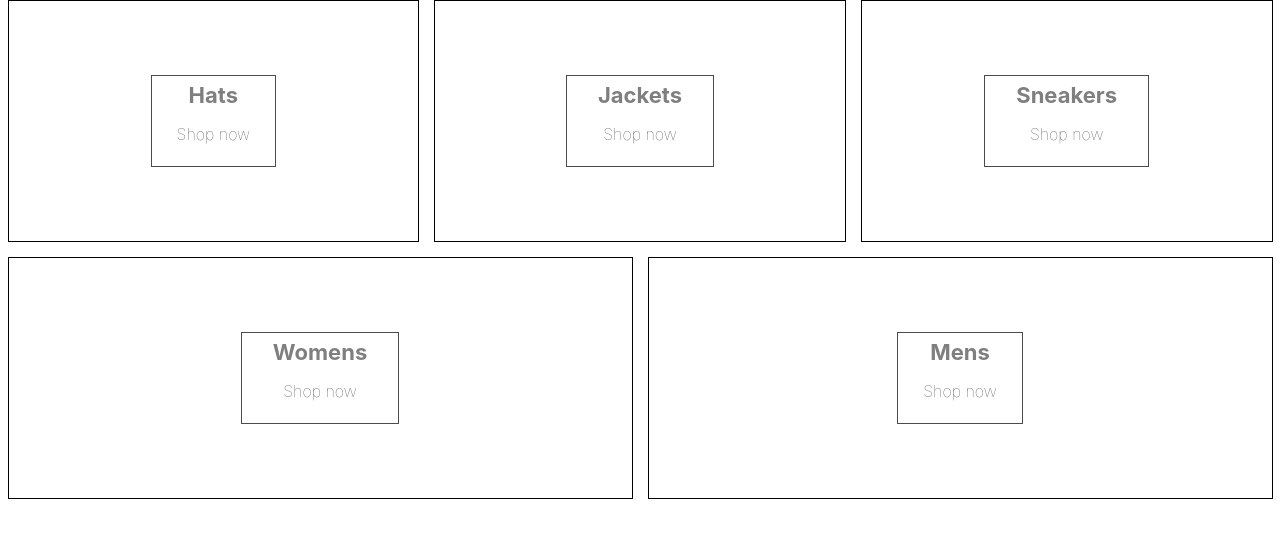
Repository: HoaHoang25092001/crwn-clothing
Page: /
These files come from the project's save history. The page is drawn as it stood at one moment and after the next save; the edit follows.
The browser window is 1280 px wide. The pictures show the whole page.
The project was rebuilt for these pictures with package versions that can differ from the ones it lists, and the page was loaded fresh each time.

Above is the page before, as saved 2022-10-07 12:55:26.

After the next save:
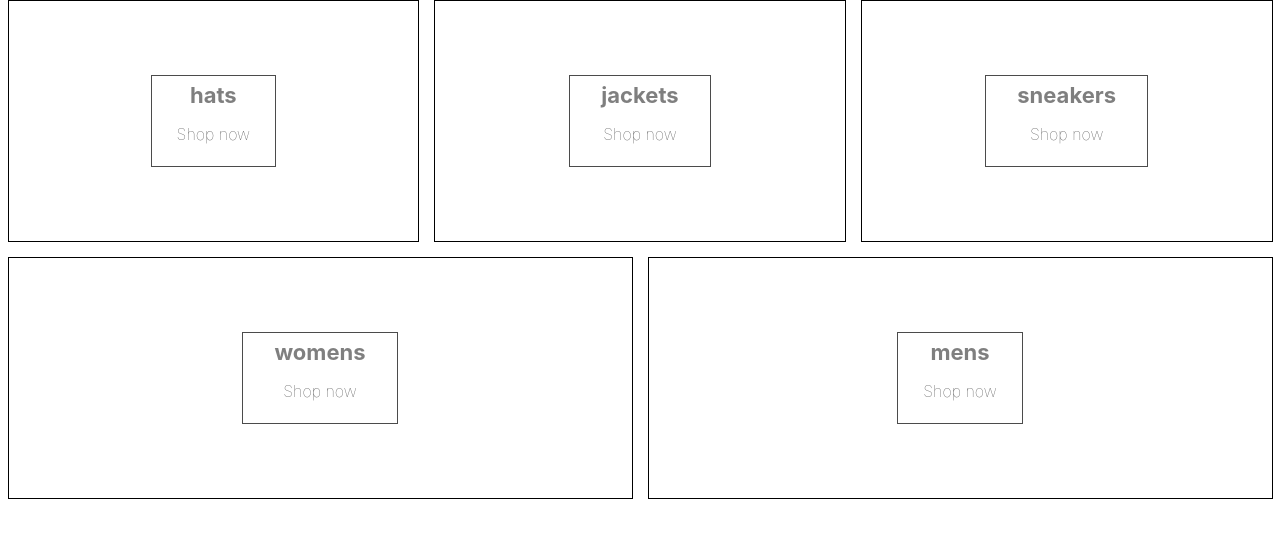
Saved 17 min 18 s later.
--- a/src/App.js
+++ b/src/App.js
@@ -2,26 +2,32 @@ import './categories.styles.scss';
 const App = () => {
   const categories = [
     {
-      id: 1,
-      title: 'Hats'
+      "id": 1,
+      "title": "hats",
+      "imageUrl": "https://i.ibb.co/cvpntL1/hats.png"
     },
     {
-      id: 2,
-      title: 'Jackets'
+      "id": 2,
+      "title": "jackets",
+      "imageUrl": "https://i.ibb.co/px2tCc3/jackets.png"
     },
     {
-      id: 3,
-      title: 'Sneakers'
+      "id": 3,
+      "title": "sneakers",
+      "imageUrl": "https://i.ibb.co/0jqHpnp/sneakers.png"
     },
     {
-      id: 4,
-      title: 'Womens'
+      "id": 4,
+      "title": "womens",
+      "imageUrl": "https://i.ibb.co/GCCdy8t/womens.png"
     },
     {
-      id: 5,
-      title: 'Mens'
-    },
+      "id": 5,
+      "title": "mens",
+      "imageUrl": "https://i.ibb.co/R70vBrQ/men.png"
+    }
   ]
+
   return (
     <div className="categories-container">
     {categories.map(({title, id}) => (
